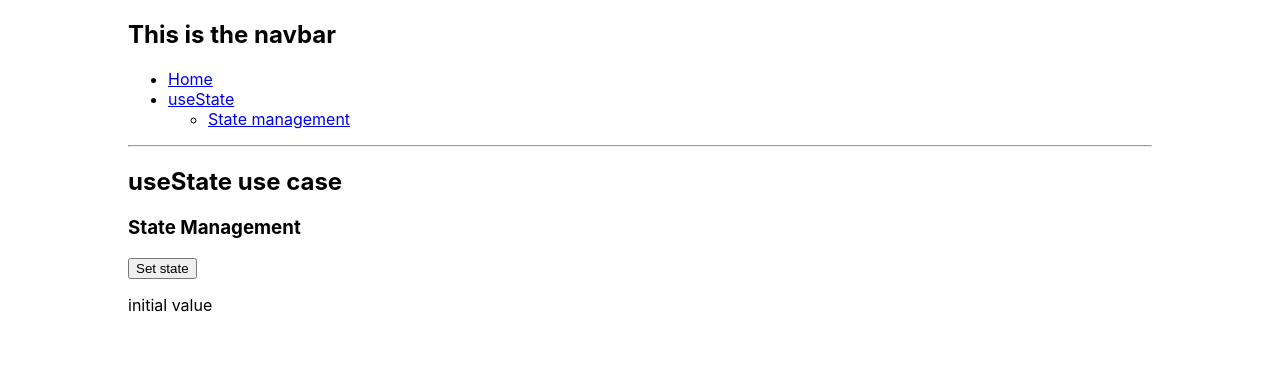
Repository: Colo-Codes/react-hooks-use-cases
Page: /usestate/state-management
The author's editor kept a copy of each file at every save. The page is drawn from the files as they stood at one save, then again after the next save.
The browser window is 1280 px wide. The pictures show the whole page.
The project was rebuilt for these pictures with package versions that can differ from the ones it lists, and the page was loaded fresh each time. Also part of the build but not shown: src/components/Home/Home.js, src/components/UseCaseUseState/UseCaseUseState.js, src/components/UseCaseUseState/UseCaseConditionalRender.js.

Above is the page before, as saved 2021-09-07 09:31:43.

After the next save:
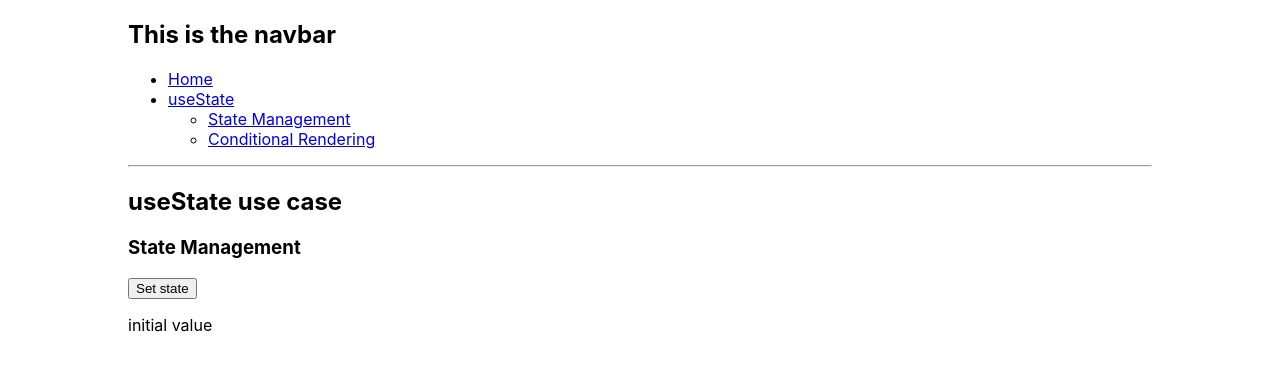
Saved 22 s later.
--- a/src/components/Navbar/Navbar.js
+++ b/src/components/Navbar/Navbar.js
@@ -8,7 +8,8 @@ const Navbar = props => {
                 <li><Link to="/">Home</Link></li>
                 <li><Link to="/usestate">useState</Link>
                     <ul>
-                        <li><Link to="/usestate/state-management">State management</Link></li>
+                        <li><Link to="/usestate/state-management">State Management</Link></li>
+                        <li><Link to="/usestate/conditional-rendering">Conditional Rendering</Link></li>
                     </ul>
                 </li>
             </ul>
